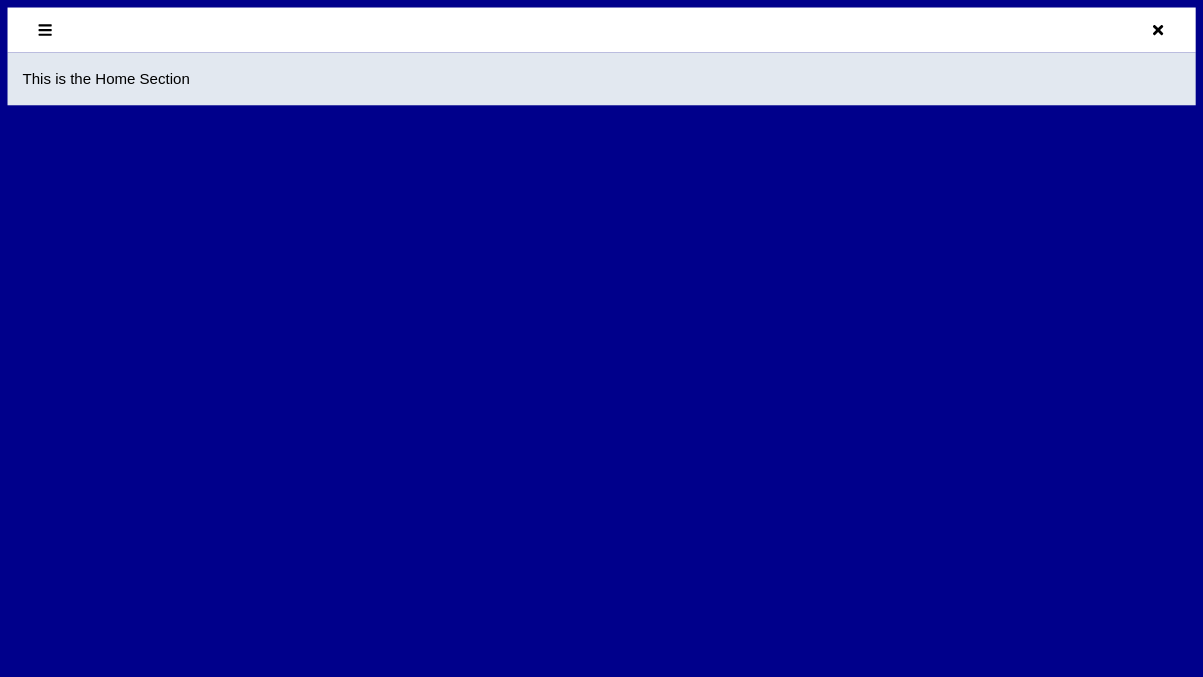
Repository: AngusOnyebuchi/Dashboard
Page: /contact
These files come from the project's save history. The page is drawn as it stood at one moment and after the next save; the edit follows.
The browser window is 1280 px wide. The pictures show the whole page, at 94% of full size.
The project was rebuilt for these pictures with package versions that can differ from the ones it lists, and the page was loaded fresh each time.

Above is the page before, as saved 2022-05-15 00:38:04.

### src/index.js
import React from "react";
import ReactDOM from "react-dom";
import { BrowserRouter} from "react-router-dom"
import "./style.css"
import App from "./App";

ReactDOM.render(
            <BrowserRouter>
            <App/>
            </BrowserRouter>, document.getElementById("root"))

### src/style.css
@tailwind base;
@tailwind components;
@tailwind utilities;

@layer base {
    body{
        background-color: darkblue;
        @apply font-[Sans-serif];
    }
    li {
        @apply px-4;
        @apply cursor-pointer;
    }
}

.content-div {
    background-repeat: no-repeat;
    background-size: cover;
    background-position: center;
    height: 150px;
}

.content-div:hover {
    background-image: linear-gradient(
        to right,
        rgba(112, 157, 255, 0.8),
        hsla(242, 74%, 61%, 0.8)
    )!important;
}

### src/App.js
import React from 'react'
import Home from './components/Home'
import NavBar from './components/NavBar'

export default function App() {
  return (
    <div>
      <NavBar/>
      <Home/>
    </div>
  )
}

### src/components/Home.js
import React from 'react'

export default function Home() {
  return (
    <div className='p-4 mx-2 bg-slate-200'>
        <h1>This is the Home Section</h1>
    </div>
  )
}

### src/components/NavBar.js
import React from 'react'
import { FaBars, FaTimes } from "react-icons/fa"

export default function NavBar() {
  return (
    <div className='flex justify-between px-8 py-4 mx-2 mt-2 text-black bg-white'>
        <div>
            <FaBars/>
        </div>

        <div>
            <FaTimes/>
        </div>
    </div>
  )
}

Loaded but not shown: public/index.html (common file); tailwind.config.js (common file)

After the next save:
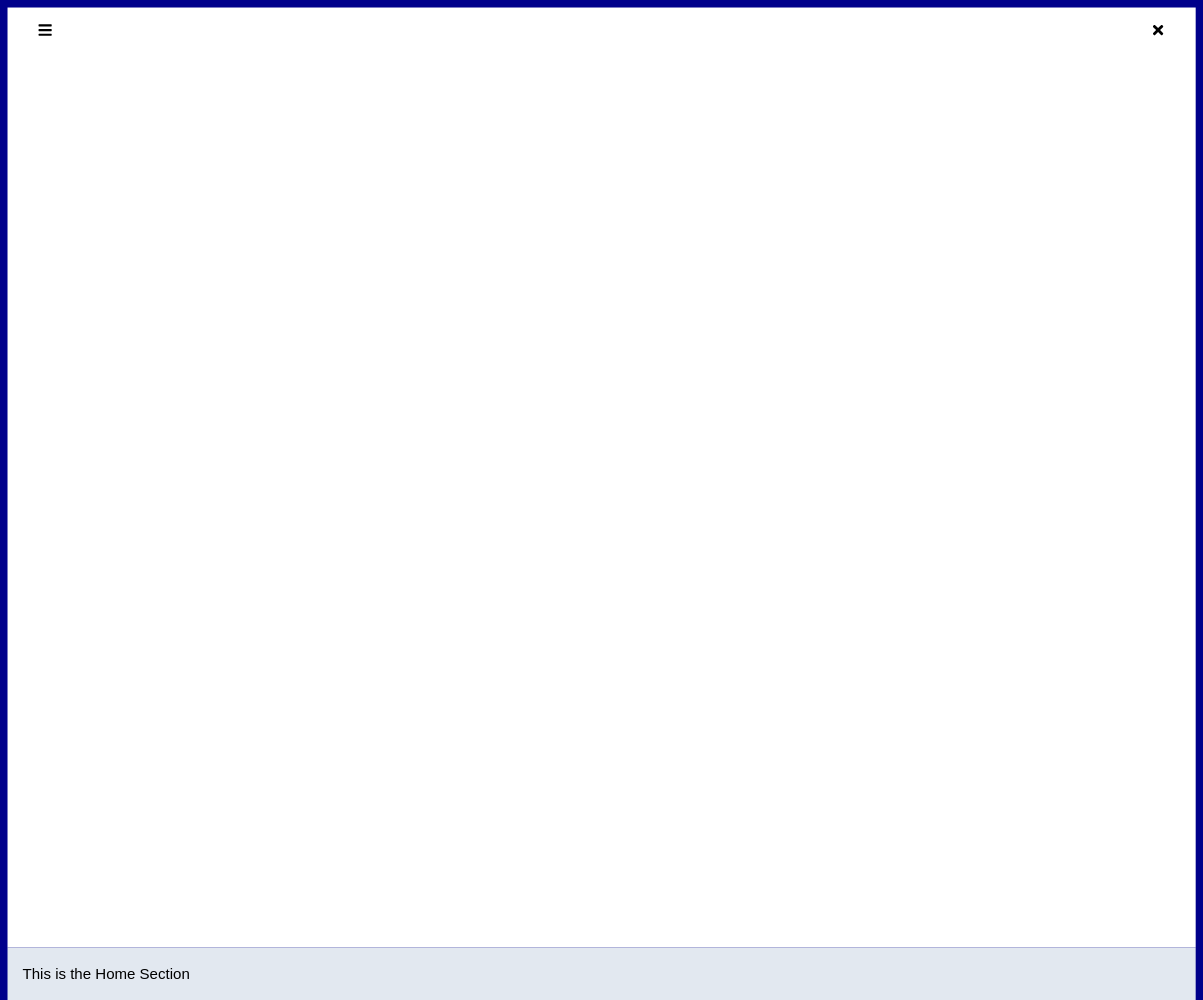
Saved 51 s later.
--- a/src/components/NavBar.js
+++ b/src/components/NavBar.js
@@ -3,7 +3,7 @@
 
 export default function NavBar() {
   return (
-    <div className='flex justify-between px-8 py-4 mx-2 mt-2 text-black bg-white'>
+    <div className='flex justify-between px-8 py-4 mx-2 mt-2 h-[1000px] text-black bg-white'>
         <div>
             <FaBars/>
         </div>

After the save that followed:
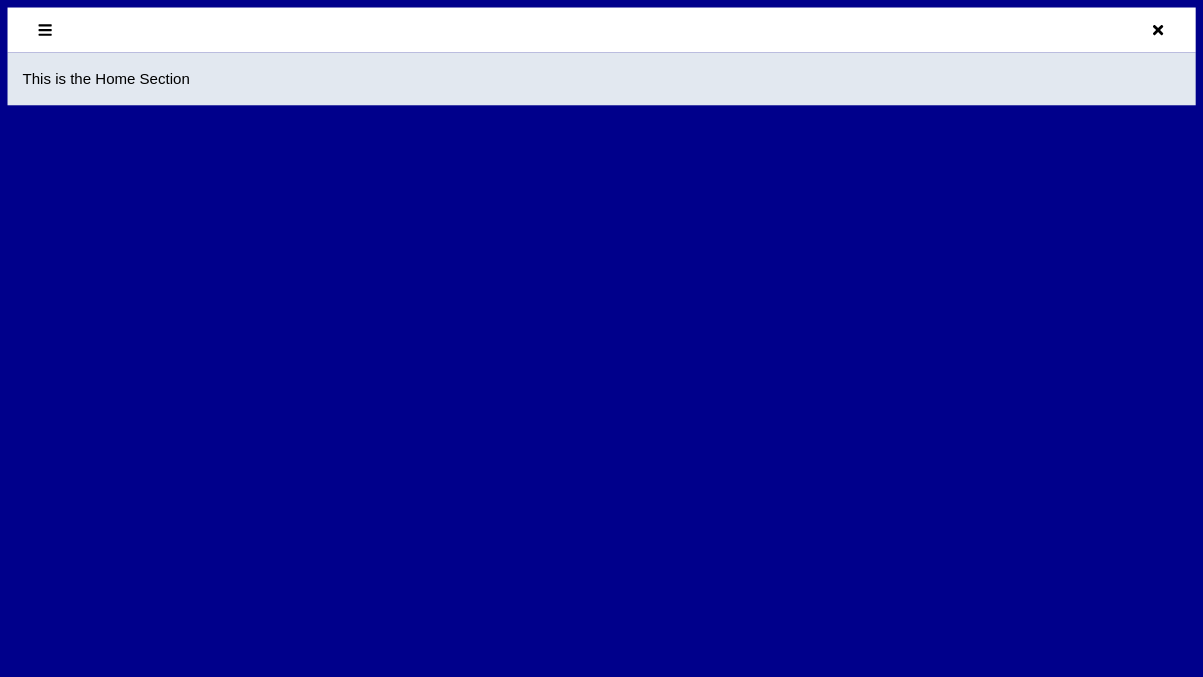
Saved 30 s later.
--- a/src/components/NavBar.js
+++ b/src/components/NavBar.js
@@ -3,7 +3,7 @@
 
 export default function NavBar() {
   return (
-    <div className='flex justify-between px-8 py-4 mx-2 mt-2 h-[1000px] text-black bg-white'>
+    <div className='flex justify-between px-8 py-4 mx-2 mt-2 text-black bg-white'>
         <div>
             <FaBars/>
         </div>
